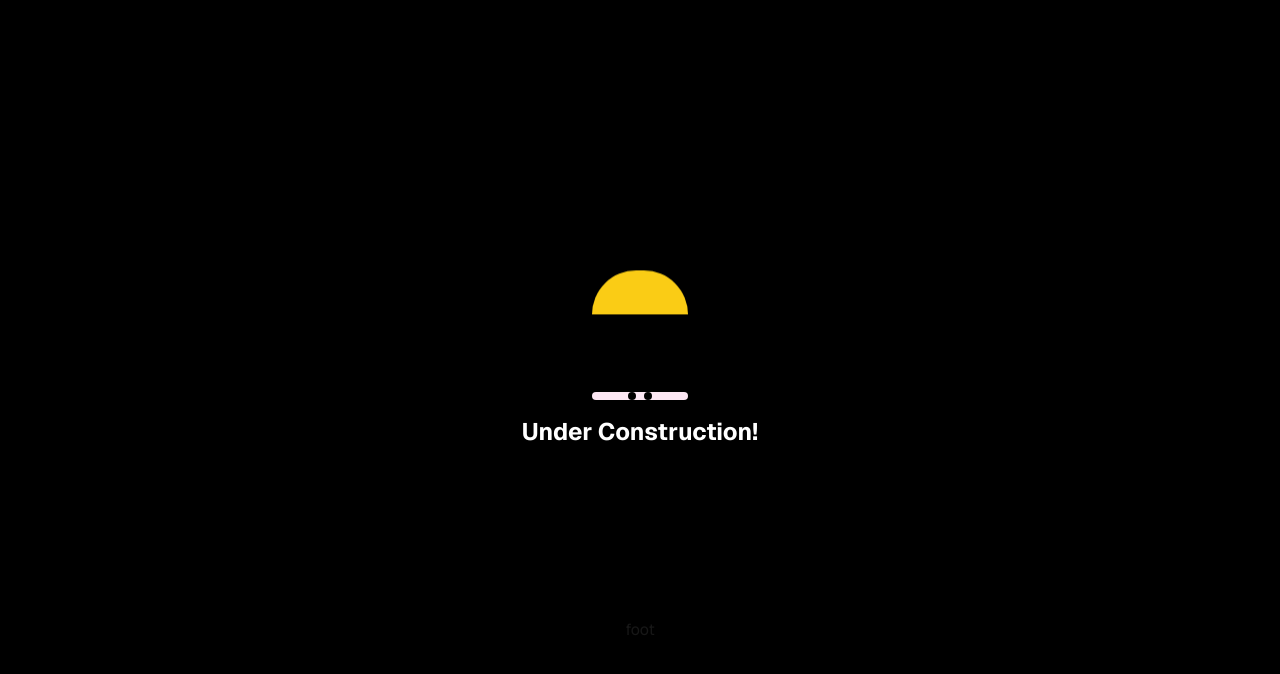
Repository: madelinestruthers/portfolio
Page: / (app in madeline-struthers-portfolio/)
These files come from the project's save history. The page is drawn as it stood at one moment and after the next save; the edit follows.
The browser window is 1280 px wide. The pictures show the whole page.
The project was rebuilt for these pictures with package versions that can differ from the ones it lists, and the page was loaded fresh each time. The framework's server and built-in components were replaced by stand-ins that run in the browser. Also part of the build but not shown: madeline-struthers-portfolio/next.config.mjs.

Above is the page before, as saved 2025-01-10 20:05:56.

After the next save:
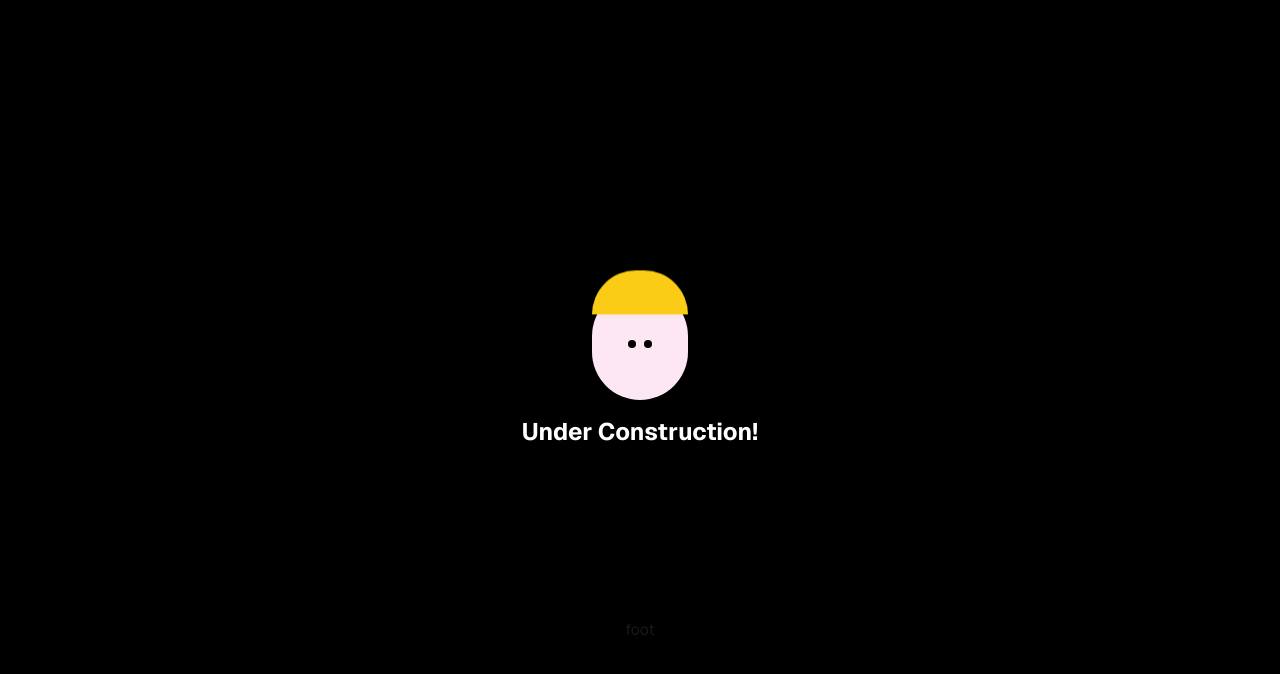
Saved 4 s later.
--- a/madeline-struthers-portfolio/src/app/page.js
+++ b/madeline-struthers-portfolio/src/app/page.js
@@ -12,7 +12,7 @@
 
             </div>
             {/* Face */}
-            <div className="absolute bottom-0 left-4 w-24 h-22 bg-pink-100 rounded-full flex items-center justify-center z-0">
+            <div className="absolute bottom-0 left-4 w-24 h-28 bg-pink-100 rounded-full flex items-center justify-center z-0">
               <div className="w-2 h-2 bg-black rounded-full mr-2"></div>
               <div className="w-2 h-2 bg-black rounded-full"></div>
             </div>

After the save that followed:
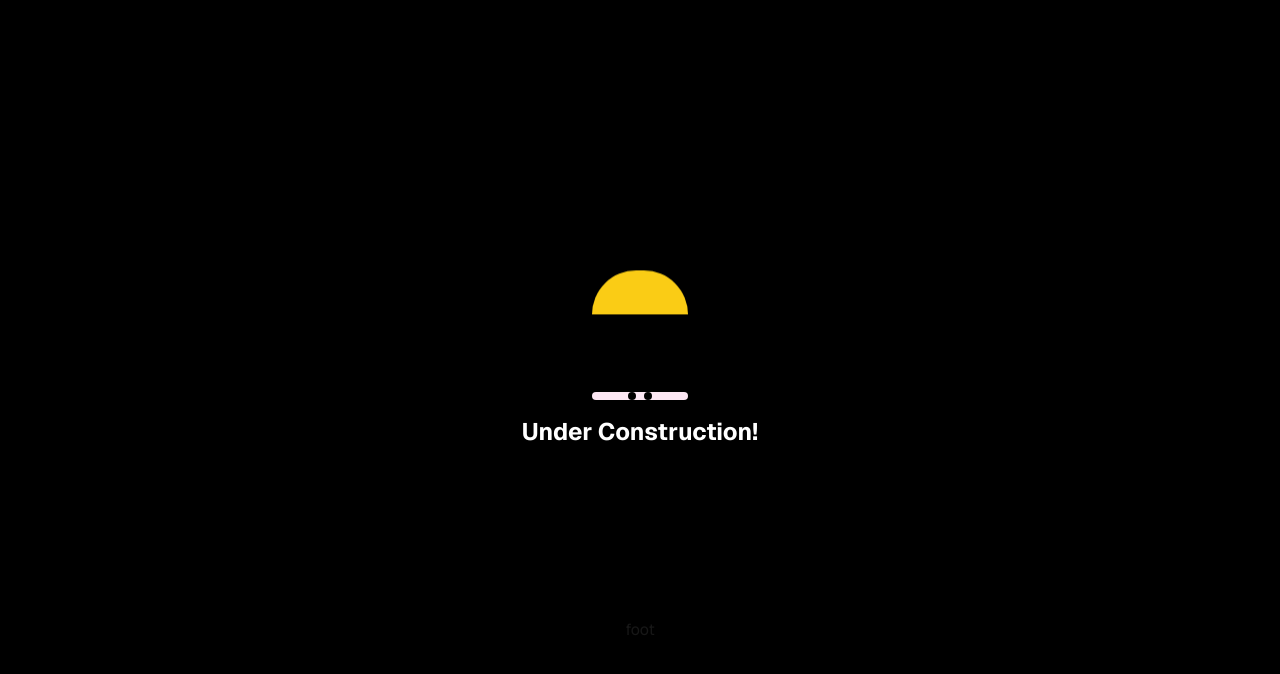
Saved 5 s later.
--- a/madeline-struthers-portfolio/src/app/page.js
+++ b/madeline-struthers-portfolio/src/app/page.js
@@ -12,7 +12,7 @@
 
             </div>
             {/* Face */}
-            <div className="absolute bottom-0 left-4 w-24 h-28 bg-pink-100 rounded-full flex items-center justify-center z-0">
+            <div className="absolute bottom-0 left-4 w-24 h-27 bg-pink-100 rounded-full flex items-center justify-center z-0">
               <div className="w-2 h-2 bg-black rounded-full mr-2"></div>
               <div className="w-2 h-2 bg-black rounded-full"></div>
             </div>
